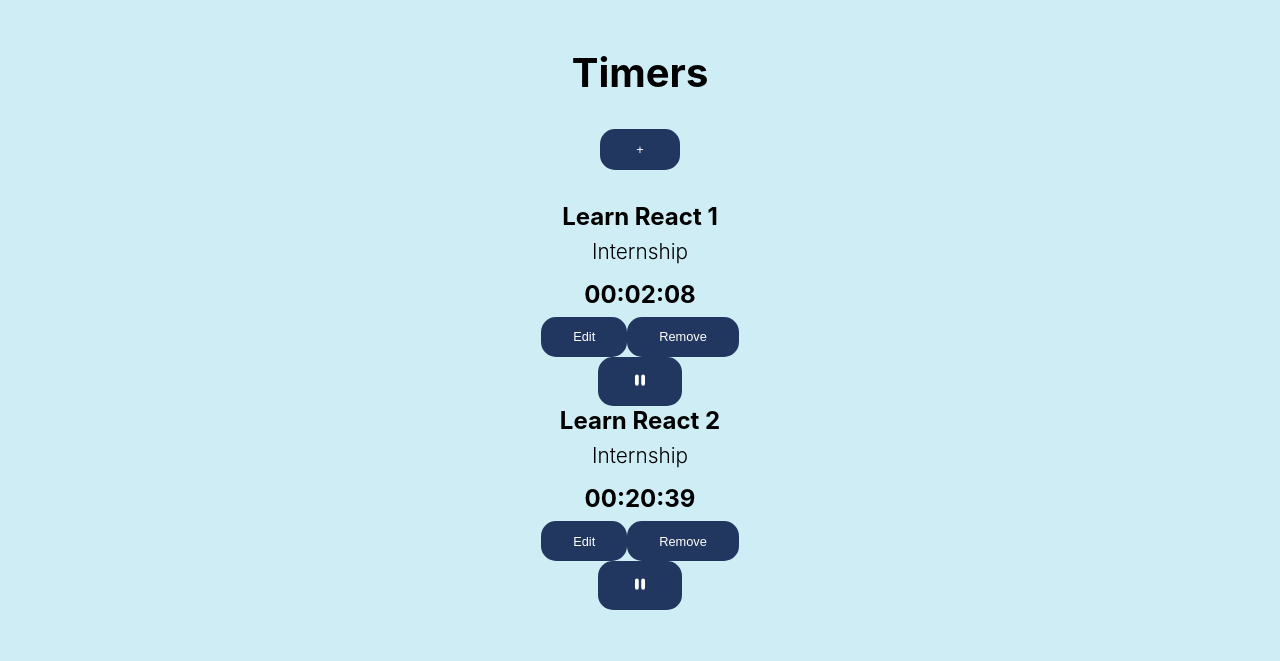
Repository: dqhuy153/react-timer
Page: /
The author's editor kept a copy of each file at every save. The page is drawn from the files as they stood at one save, then again after the next save.
The browser window is 1280 px wide. The pictures show the whole page.
The project was rebuilt for these pictures with package versions that can differ from the ones it lists, and the page was loaded fresh each time. Also part of the build but not shown: src/components/TimerForm/TimerForm.module.scss, src/components/TimerForm/index.jsx, src/components/EditableTimerForm/EditableTimerForm.module.scss.

Above is the page before, as saved 2021-10-26 17:24:48.

### src/index.css
* {
  padding: 0;
  margin: 0;
  box-sizing: border-box;
}

body {
  margin: 0;
  font-family: -apple-system, BlinkMacSystemFont, 'Segoe UI', 'Roboto', 'Oxygen',
    'Ubuntu', 'Cantarell', 'Fira Sans', 'Droid Sans', 'Helvetica Neue',
    sans-serif;
  -webkit-font-smoothing: antialiased;
  -moz-osx-font-smoothing: grayscale;

  font-size: 62.5%;
}

code {
  font-family: source-code-pro, Menlo, Monaco, Consolas, 'Courier New',
    monospace;
}

### src/App.js
import { useEffect, useRef, useState } from 'react';
import './App.scss';

import EditableTimerForm from './components/EditableTimerForm';
import ToggleableTimerForm from './components/ToggeableTimerForm';
import { newTimer } from './utils/TimerUtils';

function App() {
  const timerRef = useRef();
  const [timers, setTimers] = useState([
    {
      id: 1,
      title: 'Learn React 1',
      project: 'Internship',
      time: 123454,
      isRunning: true,
    },
    {
      id: 2,
      title: 'Learn React 2',
      project: 'Internship',
      time: 1234545,
      isRunning: true,
    },
  ]);

  const handleUpdateTimer = (data) => {
    let newTimers;

    //if has no id, create a new one
    if (!data.id) {
      newTimers = [
        newTimer({
          title: data.title,
          project: data.project,
        }),
        ...timers,
      ];
    }
    //update existing timer
    else {
      newTimers = timers.map((timer, idx) => {
        if (timer.id === data.id) {
          return {
            ...timer,
            title: data.title,
            project: data.project,
          };
        }

        return timer;
      });
    }

    setTimers(newTimers);
  };

  useEffect(() => {
    clearTimeout(timerRef.current);

    timerRef.current = setTimeout(() => {
      const newTimers = timers.map((timer, idx) => {
        if (timer.isRunning)
          return {
            ...timer,
            time: timer.time + 1000,
          };

        return timer;
      });

      setTimers(newTimers);
    }, 1000);
  }, [timers]);

  return (
    <div className="App">
      <div className="body">
        <h1>Timers</h1>

        <ToggleableTimerForm onUpdate={handleUpdateTimer} />

        {timers.map((timer) => {
          return (
            <EditableTimerForm
              key={timer.id}
              id={timer.id}
              title={timer.title}
              project={timer.project}
              timer={timer.time}
              isRunning={timer.isRunning}
            />
          );
        })}
      </div>
    </div>
  );
}

export default App;

### src/App.scss
.App {
  background: #ceedf5;
}

.body {
  display: flex;
  justify-content: flex-start;
  align-items: center;
  flex-direction: column;
  padding: 3rem 0;
  height: 100vh;

  h1 {
    font-size: 2.5rem;
  }
}

### src/components/EditableTimerForm/index.jsx
import React, { useState } from 'react';
import Timer from '../Timer';
import TimerForm from '../TimerForm';

import styles from './EditableTimerForm.module.scss';

const EditableTimerForm = ({
  id,
  title,
  project,
  timer,
  isRunning,
  onUpdate,
  onRemove,
  onTimerClick,
}) => {
  const [isEdit, setIsEdit] = useState(false);

  const handleOpenEdit = () => {
    setIsEdit(true);
  };

  const handleCloseEdit = () => {
    setIsEdit(false);
  };

  const handleUpdate = (data) => {
    onUpdate(data);
    handleOpenEdit();
  };

  const content = isEdit ? (
    <TimerForm
      id={id}
      title={title}
      project={project}
      timer={timer}
      onCancel={handleCloseEdit}
      onUpdate={handleUpdate}
    />
  ) : (
    <Timer
      id={id}
      title={title}
      project={project}
      timer={timer}
      isRunning={isRunning}
      onEdit={handleOpenEdit}
      onRemove={onRemove}
      onTimerClick={onTimerClick}
    />
  );

  return <div className={styles.container}>{content}</div>;
};

export default EditableTimerForm;

### src/components/ToggeableTimerForm/index.jsx
import { useState } from 'react';
import Button from '../Button';
import TimerForm from '../TimerForm';

import styles from './ToggleableTimerForm.module.scss';

const ToggleableTimerForm = ({ onUpdate, ...props }) => {
  const [isOpen, setIsOpen] = useState(false);

  const handleOpenForm = () => {
    setIsOpen(true);
  };

  const handleCloseForm = () => {
    setIsOpen(false);
  };

  const handleUpdate = (data) => {
    onUpdate(data);
    handleCloseForm();
  };

  const content = isOpen ? (
    <TimerForm onCancel={handleCloseForm} onUpdate={handleUpdate} />
  ) : (
    <Button onClick={handleOpenForm}>+</Button>
  );

  return <div className={styles.container}>{content}</div>;
};

export default ToggleableTimerForm;

### src/utils/TimerUtils.js
import { v4 as uuidv4 } from 'uuid';

export const millisecondsToHuman = (ms) => {
  const seconds = Math.floor((ms / 1000) % 60);
  const minutes = Math.floor((ms / 1000 / 60) % 60);
  const hours = Math.floor(ms / 1000 / 60 / 60);

  const humanized = [
    pad(hours.toString(), 2),
    pad(minutes.toString(), 2),
    pad(seconds.toString(), 2),
  ].join(':');

  return humanized;
};

const pad = (numberString, size) => {
  let padded = numberString;
  while (padded.length < size) {
    padded = `0${padded}`;
  }
  return padded;
};

export const newTimer = (attrs = {}) => {
  const timer = {
    title: attrs.title || 'Timer',
    project: attrs.project || 'Project',
    id: uuidv4(),
    time: 0,
    isRunning: false,
  };

  return timer;
};

### src/components/Timer/index.jsx
import React from 'react';
import { BsPauseFill, BsPlayFill } from 'react-icons/bs';

import { millisecondsToHuman } from '../../utils/TimerUtils';
import Button from '../Button';
import styles from './Timer.module.scss';

const Timer = ({
  title,
  project,
  timer,
  isRunning,
  onEdit,
  onRemove,
  onTimerClick,
}) => {
  const buttonLabel = isRunning ? (
    <BsPauseFill size={20} />
  ) : (
    <BsPlayFill size={20} />
  );

  return (
    <div className={styles.container}>
      <h2>{title}</h2>
      <p>{project}</p>
      <p className={styles.timer}>{millisecondsToHuman(timer)}</p>

      <div>
        <Button onClick={onEdit}>Edit</Button>
        <Button onClick={onRemove}>Remove</Button>
      </div>

      <Button className={styles.timer_btn} onClick={onTimerClick}>
        {buttonLabel}
      </Button>
    </div>
  );
};

export default Timer;

### src/components/Button/index.jsx
import React from 'react';

import styles from './Button.module.scss';

const Button = ({
  children,
  onClick,
  className,
  bgColor = '#22375f',
  color = '#fff',
  hoverColor = '#22375f',
  hoverBgColor = '#fff',
  ...rest
}) => {
  return (
    <button
      style={{
        '--bg-color': bgColor,
        '--color': color,
        '--hover-color': hoverColor,
        '--hover-bg-color': hoverBgColor,
      }}
      className={`${styles.container} ${className}`}
      onClick={onClick}
      children={children}
      {...rest}
    ></button>
  );
};

export default Button;

### src/components/ToggeableTimerForm/ToggleableTimerForm.module.scss
.container {
  margin: 2rem;
}

### src/components/Timer/Timer.module.scss
.container {
  text-align: center;

  h2 {
    font-size: 1.5rem;
    margin-bottom: 0.5rem;
  }
  p {
    font-size: 1.3rem;
    font-weight: 300;
    margin-bottom: 0.5rem;
  }

  .timer {
    margin-top: 1rem;
    font-weight: bold;
    font-size: 1.5rem;
  }
}

### src/components/Button/Button.module.scss
.container {
  padding: 0.8rem 2rem;
  min-width: 5rem;
  border: none;
  color: var(--color);
  border-radius: 15px;
  background: var(--bg-color);
  font-size: 0.8rem;
  cursor: pointer;
  transition: all 0.2s linear;

  &:hover {
    box-shadow: rgba(100, 100, 111, 0.3) 0px 7px 29px 0px;
    background: var(--hover-bg-color);
    color: var(--hover-color);
    font-weight: bold;
  }

  &:active {
    transform: translateY(2px);
  }
}

Loaded but not shown: public/index.html (common file); src/index.js (common file); src/reportWebVitals.js (common file)

After the next save:
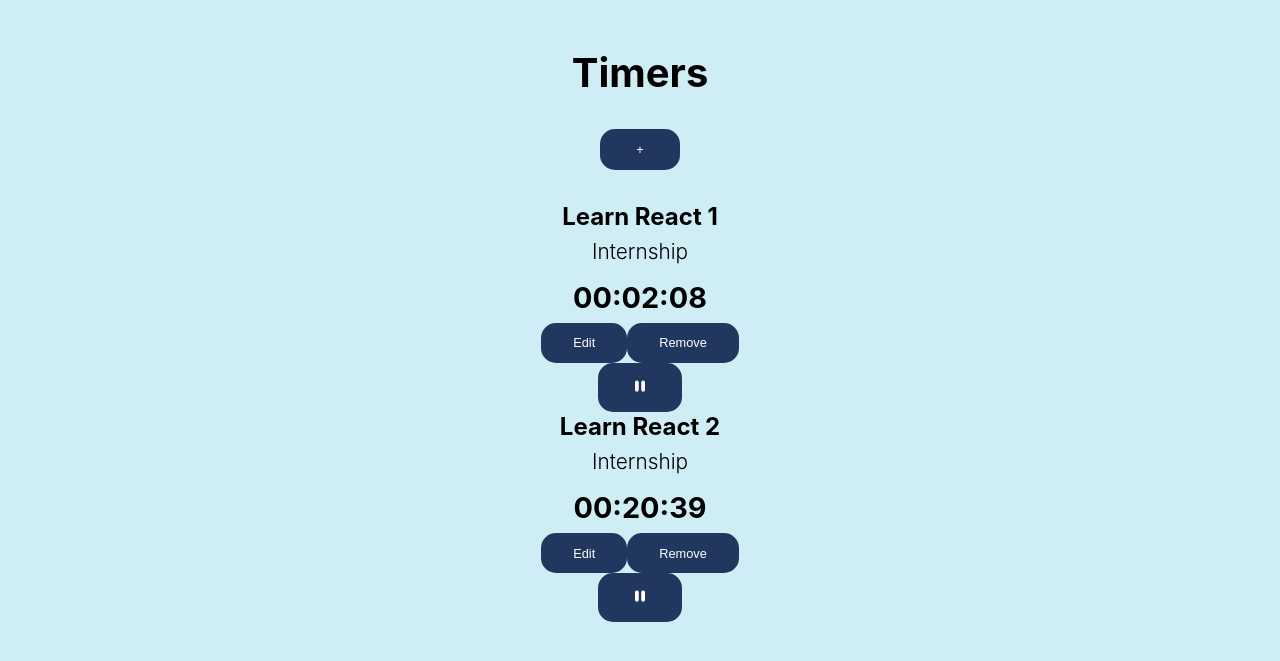
Saved 4 s later.
--- a/src/components/Timer/Timer.module.scss
+++ b/src/components/Timer/Timer.module.scss
@@ -14,6 +14,6 @@
   .timer {
     margin-top: 1rem;
     font-weight: bold;
-    font-size: 1.5rem;
+    font-size: 1.8rem;
   }
 }
